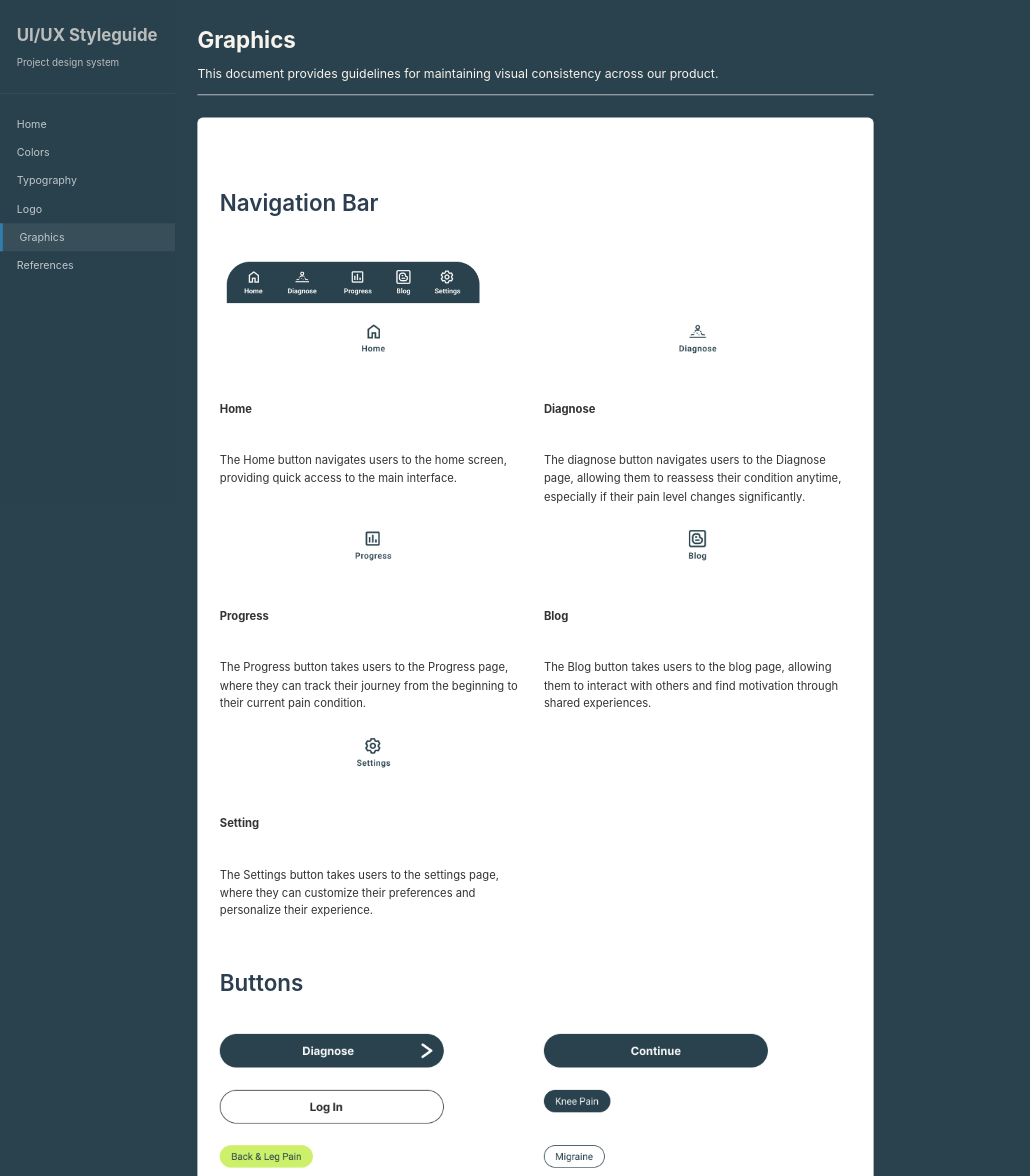
Repository: rosielee09/Heal_U
Page: graphics.html
The author's editor kept a copy of each file at every save. The page is drawn from the files as they stood at one save, then again after the next save.
The browser window is 1280 px wide. The page is 1472 px wide, so the pictures cover 1472 px, including what lies to the right of the window. The pictures show the part of the page from y = 0 to 1680 px (the page is 4893 px tall before and 4879 px after), at 70% of full size.

Above is the page before, as saved 2025-04-06 10:41:53.

### graphics.html
<!DOCTYPE html>
<html lang="en">
<head>
    <meta charset="UTF-8">
    <meta name="viewport" content="width=device-width, initial-scale=1.0">
    <link rel="stylesheet" href="styles.css">
    <title>Heal_U Styleguide</title>
</head>
<body>
    <div class="container">
        <!-- Sidebar Navigation -->
        <div class="sidebar">
            <div class="sidebar-header">
                <h1>UI/UX Styleguide</h1>
                <p>Project design system</p>
            </div>
            <ul class="nav">
                <li ><a href="index.html">Home</a></li>
                <li><a href="colors.html">Colors</a></li>
                <li><a href="typography.html">Typography</a></li>
                <li><a href="logo.html">Logo</a></li>
                <li class="active"><a href="graphics.html">Graphics</a></li>
                <li><a href="references.html">References</a></li>
            </ul>
        </div>

        <!-- Main Content - Home Page -->

        <div class="content">
            <header class="page-header">
                <h2>Graphics</h2>
                <p>This document provides guidelines for maintaining visual consistency across our product.</p>
            </header>


           <!-- SECTION 1: menu bar -->
           <div class="component">
            <div class="component-header">

                <section class="component-section">
                    <h3 class="component-title">Navigation Bar</h3>
                                            <!-- navbar -->
                                            <div class="graphic-item">
                                                <img class="graphic-menu__icon" src="/img/graphic-menu/navbar.png" alt="navbar" width="40%">
                                            </div>


                    <div class="graphic-grid">
                        <!-- home -->
                        <div class="graphic-item">
                            <img class="graphic-menu__icon" src="/img/graphic-menu/home.png" alt="home">
                            <div class="graphic-info">
                                <h4 class="graphic-title">Home</h4>
                                <p>The Home button navigates users to the home screen, providing quick access to the main interface.</p>
                            </div>
                        </div>
                        <!-- diagnose -->
                        <div class="graphic-item">
                            <img class="graphic-menu__icon" src="/img/graphic-menu/diagnose.png" alt="diagnose">
                            <div class="graphic-info">
                                <h4 class="graphic-title">Diagnose </h4>
                                <div>The diagnose button navigates users to the Diagnose page, allowing them to reassess their condition anytime, especially if their pain level changes significantly.</div>
                            </div>
                        </div>
                        <!-- Progress -->
                        <div class="graphic-item">
                            <img class="graphic-menu__icon" src="/img/graphic-menu/progress.png" alt="Progress">
                            <div class="graphic-info">
                                <h4 class="graphic-title">Progress </h4>
                                <div>
                                    The Progress button takes users to the Progress page, where they can track their journey from the beginning to their current pain condition.</div>
                            </div>
                        </div>

                        <!-- blog -->
                        <div class="graphic-item">
                            <img class="graphic-menu__icon" src="/img/graphic-menu/blog.png" alt="blog">
                            <div class="graphic-info">
                                <h4 class="graphic-title">Blog </h4>
                                <div>The Blog button takes users to the blog page, allowing them to interact with others and find motivation through shared experiences.</div>
                        </div>
                        </div>

                        <!-- Setting -->
                        <div class="graphic-item">
                            <img class="graphic-menu__icon" src="/img/graphic-menu/setting.png" alt="Setting">
                            <div class="graphic-info">
                                <h4 class="graphic-title">Setting </h4>
                                <div>The Settings button takes users to the settings page, where they can customize their preferences and personalize their experience.</div>

                    </div>
                </div>
            </div>

<!-- button section -->
                <section class="component-section">
                    <h3 class="component-title">Buttons </h3>

                    <div class="graphic-grid">
                          <!-- fill button -->
                        <div class="graphic-item">
                            <img class="graphic-button__icon" src="/img/Appovation - buttons/Button-fill-withIcon.png" alt="fill-icon">
                        </div>
                        <div class="graphic-item">
                            <img class="graphic-button__icon" src="/img/Appovation - buttons/Button-fill.jpg" alt="fill">
                        </div>
                        <div class="graphic-item">
                            <img class="graphic-button__icon" src="/img/Appovation - buttons/Button-outline.jpg" alt="outline">
                        </div>
                        <div class="graphic-item">
                            <img class="graphic-button__icon" src="/img/Appovation - buttons/chips-fill.png" alt="chips">
                        </div>
                        <div class="graphic-item">
                            <img class="graphic-button__icon" src="/img/Appovation - buttons/chips-highlighted.png" alt="chips-highlighted">
                        </div>
                        <div class="graphic-item">
                            <img class="graphic-button__icon" src="/img/Appovation - buttons/chips-outlined.png" alt="chips-outlined">
                        </div>
                    </div>
                </section>

            <section class="component-section">
                <h3 class="component-title">Icons </h3>
                <h4 class="graphic-title">User Setting</h4>
                <div class="graphic-item">
                    <img class="graphic-icons" src="/img/Appovation - icons/user setting icon.png" alt="pain_type_icon">
                </div>

                <h4 class="graphic-title">Type of Pain</h4>
                <div class="graphic-grid__icons">

                    <div class="graphic-item">
                        <img class="graphic-icons" src="/img/Appovation - icons/Icon-stabbing.png" alt="pain_type_icon">
                    </div>
                    <div class="graphic-item">
                        <img class="graphic-icons" src="/img/Appovation - icons/Icon-tingling.png" alt="pain_type_icon">
                    </div>
                    <div class="graphic-item">
                        <img class="graphic-icons" src="/img/Appovation - icons/Icon_Burning.png" alt="pain_type_icon">
                    </div>
                    <div class="graphic-item">
                        <img class="graphic-icons" src="/img/Appovation - icons/Icon_Cramps.png" alt="pain_type_icon">
                    </div>
                    <div class="graphic-item">
                        <img class="graphic-icons" src="/img/Appovation - icons/Icon_dull ache.png" alt="pain_type_icon">
                    </div>
                    <div class="graphic-item">
                        <img class="graphic-icons" src="/img/Appovation - icons/Icon_freezing.png" alt="pain_type_icon">
                    </div>
                    <div class="graphic-item">
                        <img class="graphic-icons" src="/img/Appovation - icons/Icon_Migrane.png" alt="pain_type_icon">
                    </div>
                    <div class="graphic-item">
                        <img class="graphic-icons" src="/img/Appovation - icons/Icon_neuralgia.png" alt="pain_type_icon">
                    </div>
                    <div class="graphic-item">
                        <img class="graphic-icons" src="/img/Appovation - icons/Icon_numbness.png" alt="pain_type_icon">
                    </div>
                    <div class="graphic-item">
                        <img class="graphic-icons" src="/img/Appovation - icons/Icon_thobbing.png" alt="pain_type_icon">
                    </div>

                </div>


                <h4 class="graphic-title">Pain Scale</h4>
                <div class="graphic-grid">

                    <div class="graphic-item">
                        <img class="graphic-icons" src="/img/Appovation - icons/Pain_difference-slider-green.png" alt="pain_scale_icon">
                    </div>
                    <div class="graphic-item">
                        <img class="graphic-icons" src="/img/Appovation - icons/Pain_difference-slider-mild.png" alt="pain_scale_icon">
                    </div>
                    <div class="graphic-item">
                        <img class="graphic-icons" src="/img/Appovation - icons/Pain_difference-slider-middle.png" alt="pain_scale_icon">
                    </div>
                    <div class="graphic-item">
                        <img class="graphic-icons" src="/img/Appovation - icons/Pain_difference-slider-less-severe.png" alt="pain_scale_icon">
                    </div>
                    <div class="graphic-item">
                        <img class="graphic-icons" src="/img/Appovation - icons/Pain_difference-slider-severe.png" alt="pain_scale_icon">
                    </div>
                </div>
                <div class="graphic-item-grid1">
                    <img class="graphic-icons" src="/img/Appovation - icons/progress pain scale.png" alt="pain_scale_icon">
                </div>

        </section>

        <section class="component-section">
            <h3 class="component-title">Illustrations</h3>

            <div class="graphic-grid-illustrations">
                  <!-- fill button -->
                <div class="graphic-item-illustrations">
                    <img class="graphic-illustrations" src="/img/Appovation - illustration set/5214865 1.png" >
                </div>
                <div class="graphic-item-illustrations">
                    <img class="graphic-illustrations" src="/img/Appovation - illustration set/AdobeStock_593962329 1.png">
                </div>
                <div class="graphic-item-illustrations">
                    <img class="graphic-illustrations" src="/img/Appovation - illustration set/exercise 2.png" >
                </div>
                <div class="graphic-item-illustrations">
                    <img class="graphic-illustrations" src="/img/Appovation - illustration set/Group 103.png" >
                </div>
                <div class="graphic-item-illustrations">
                    <img class="graphic-illustrations" src="/img/Appovation - illustration set/Group 84.png" >
                </div>
                <div class="graphic-item-illustrations">
                    <img class="graphic-illustrations" src="/img/Appovation - illustration set/Group 98.png" >
                </div>
            </div>
        </section>

        <section class="component-section">
            <h3 class="component-title">Images for Contents</h3>

            <div class="graphic-grid-images">
                <div class="graphic-item">
                    <img class="graphic-icons" src="/img/Appovation - images for contents/unsplash_GbomLmruCM8.png " alt="pain_type_icon">
                </div>
                <div class="graphic-item">
                    <img class="graphic-icons" src="/img/Appovation - images for contents/unsplash_gJtDg6WfMlQ.png" alt="pain_type_icon">
                </div>
                <div class="graphic-item">
                    <img class="graphic-icons" src="/img/Appovation - images for contents/unsplash_kFCdfLbu6zA.png" alt="pain_type_icon">
                </div>
                <div class="graphic-item">
                    <img height="200px" class="graphic-icons" src="/img/Appovation - images for contents/unsplash_PJ8C7JCqK0o-1.png" alt="pain_type_icon">
                </div>
                <div class="graphic-item">
                    <img height="200px" class="graphic-icons" src="/img/Appovation - images for contents/unsplash_PJ8C7JCqK0o.png" alt="pain_type_icon">
                </div>
        </section>

        <section class="component-section">
            <h3 class="component-title">Screens</h3>

            <div class="graphic-grid-images">
                <div class="graphic-item">
                    <img class="graphic-icons" src="/img/Appovation - screens/screen-dailypopup.png " alt="pain_type_icon">
                </div>
                <div class="graphic-item">
                    <img class="graphic-icons" src="/img/Appovation - screens/screen-survey.png" alt="pain_type_icon">
                </div>
                <div class="graphic-item">
                    <img class="graphic-icons" src="/img/Appovation - screens/screen-watchingtutorial.png" alt="pain_type_icon">
                </div>

        </section>


</body>
<script src="script.js"></script>
</html>

### styles.css
* {
    margin: 0;
    padding: 0;
    box-sizing: border-box;
}

body {
    font-family: 'Inter', -apple-system, BlinkMacSystemFont, 'Segoe UI', Roboto, Oxygen, Ubuntu, Cantarell, sans-serif;
    line-height: 1.6;
    color: #333;
    background: #29424D;

    margin: 0;
    padding: 0;
    width: 100vw;
    height: 100vh;


}

/* Layout */
.container {
    display: flex;
    min-height: 100vh;
}

/* Sidebar Navigation */
.sidebar {
    width: 250px;
    background-color: #29424D;
    color: #F8F3EC;
    padding: 2rem 0;
    position: fixed;
    height: 100vh;
    overflow-y: hidden;
    opacity: 0.7;
}


.sidebar-header {
    padding: 0 1.5rem 2rem;
    border-bottom: 1px solid rgba(255, 255, 255, 0.1);
}

.sidebar-header h1 {
    font-size: 1.5rem;
    font-weight: 700;
    margin-bottom: 0.5rem;
}

.sidebar-header p {
    font-size: 0.875rem;
    opacity: 1;
}

.nav {
    list-style: none;
    padding: 1.5rem 0;
}

.nav li {
    padding: 0.5rem 1.5rem;
}

.nav li.active {
    background-color: rgba(255, 255, 255, 0.1);
    border-left: 4px solid #3498db;
}

.nav a {
    color: #fff;
    text-decoration: none;
    display: block;
    font-size: 0.95rem;
    transition: all 0.2s;
}

.nav a:hover {
    opacity: 1;
}

/* Logo in Navbar */
/* Logo styling */
.logo {
    display: flex;
    align-items: left;
    gap: 10px;  /* Space between logo image and text */
    /* padding: 0 1.5rem;  Match your sidebar padding */
}


.logo p {
    color: #F8F3EC;  /* Match your sidebar text color */
    font-weight: 700;
    font-size: 2.3rem;
    margin: 0;  /* Remove default paragraph margin */
    margin-bottom: 0.5rem;
}

/* Home page animation */
.body-homepage{
    overflow: hidden;
    position: relative;
    display: flex;
    align-items: center;
}
.animation--title {
    text-align: right;
    display: flex;
    flex-direction: column;
    justify-content: flex-end;
    margin-left: 45rem; /* Push to the right side */
    margin-right: 5%; /* Keep some space from the edge */
    width: 50%;
  }

  .animation--title-head {

    color: #F8F3EC;
    font-size: 8rem;
    line-height: 1.2;
    font-weight: bold;
    letter-spacing: 2px;
    font-family: 'Roboto', sans-serif;
    text-transform: uppercase;

  }

  .animation--title-subhead {
    color: #F8F3EC;
    font-size: 1.7rem;
    line-height: 1.5;
    font-family: 'Roboto', sans-serif;
    font-style: italic;
    margin-top: 2rem;
    margin-bottom: 2rem;
  }

  .animation--title-member {
    color: #F8F3EC;
    font-size: 1.4rem;
    line-height: 1.4;
    font-family: 'Roboto', sans-serif;

  }



  .blob {
    position: absolute;
    top: 0;
    left: 0;
    fill: #CFC4F4;
    width: 50vmax;
    z-index: -1;
    animation: move 10s ease-in-out infinite;
    transform-origin: 50% 50%;
  }

  @keyframes move {
    0%   { transform: scale(1)   translate(10px, -30px); }
    38%  { transform: scale(0.8, 1) translate(80vw, 30vh) rotate(160deg); }
    40%  { transform: scale(0.8, 1) translate(80vw, 30vh) rotate(160deg); }
    78%  { transform: scale(1.3) translate(0vw, 50vh) rotate(-20deg); }
    80%  { transform: scale(1.3) translate(0vw, 50vh) rotate(-20deg); }
    100% { transform: scale(1)   translate(10px, -30px); }
  }




/* Main Content */
.content {
    flex: 1;
    padding: 2rem;
    margin-left: 250px;
    max-width: calc(100% - 250px);
}

.page-header {
    margin-bottom: 2rem;
    padding-bottom: 1rem;
    border-bottom: 1px solid #eee;
}

.page-header h2 {
    font-size: 2rem;
    font-weight: 700;
    color: #F8F3EC;
    margin-bottom: 0.5rem;
}

.page-header p {
    color: #F8F3EC;
    font-size: 1.1rem;
}

/* Components Common Styles */
.component {
    background-color: #fff;
    border-radius: 8px;
    box-shadow: 0 2px 10px rgba(0, 0, 0, 0.05);
    padding: 2rem;
    margin-bottom: 2rem;
}

.component-section{
    margin-top: 3rem;
}

.component-header {
    margin-top: 1.5rem;
    margin-bottom: 1.5rem;
}

.component-title {
    font-size: 2rem;
    font-weight: 600;
    margin-top: 4rem;
    margin-bottom: 3rem;
    color: #2c3e50;
}

.component-description {
    color: #7f8c8d;
}


    /* Color Styles */
.color-grid {
    display: grid;
    grid-template-columns: repeat(auto-fill, minmax(300px, 1fr));
    gap: 1.5rem;
}

.color-grid__onlycolor {
    display: grid;
    grid-template-columns: repeat(auto-fill, minmax(300px, 2fr));
    gap: 1.5rem;
    align-items: center;
}

.color-grid__Accessiblilliy {
    display: grid;
    grid-template-columns: repeat(auto-fit, minmax(clamp(300px, 50%, 400px), 1fr));
    gap: 1.5rem;
}

.color-item {
    border-radius: 6px;
    overflow: hidden;
    box-shadow: 0 2px 5px rgba(0, 0, 0, 0.1);
}

.color-preview {
    height: 120px;
}

.color-info {
    padding: 1rem;
    background-color: #fff;
}

.color-name {
    font-weight: 600;
    margin-bottom: 0.25rem;
}

.color-value {
    font-family: monospace;
    color: #7f8c8d;
    font-size: 0.85rem;
}

.color__primary--preview{
    background-color: #29424D;
}

.color__secondary--preview{
    background-color: #CFC4F4;
}

.color__tertiary--preview {
    background-color: #F8F3EC;
}

.color__accent--preview{
    background-color: #CDF06B;
}

.color__success--preview{
    background-color: #138636;
}

.color__error--preview{
    background-color: #C32D2D;
}

.color__warning--preview{
    background-color: #FFBD11;
}

.color__info--preview{
    background-color: #4976BA;
}

.color__background--preview{
    background-color: #fff;
}

.color__text--preview{
    background-color: #2E2E30;
}

.color-accessiblillity-img {
    width: 100%;
    height: 70%;
}

.color-example-img{
    align-items: center;
}


/* Graphics */
.graphic-grid {
    display: grid;
    grid-template-columns: repeat(auto-fill, minmax(300px, 2fr));
    gap: 1.5rem;

}

/* section__icons */
.graphic-grid__icons{
    display: grid;
    grid-template-columns: repeat(5, 1fr);
    gap: 1.5rem;
}

.graphic-item{
   justify-items: center;

}


.graphic-menu__icon{
    margin: 10px;
}
.graphic-title{
    margin-top: 3rem;
    margin-bottom: 3rem;
}

.graphic-item-grid1{
    margin-top: 3rem;
}


/* section illustrations */
.graphic-grid-illustrations,
.graphic-grid-images{
    display: grid;
    grid-template-columns: repeat(3, 1fr);
    gap: 1.5rem;
}
.graphic-item-illustrations,
.graphic-illustrations{
    max-width: 200px;
    max-height: 200px;
}
.graphic-icons{
    border-radius: 20px;
}

/* Typography */

/* Import Roboto font with multiple weights */
@import url('https://fonts.googleapis.com/css2?family=Roboto:wght@400;500;700&display=swap');

.component-title-typography{
    color: #F8F3EC;
}

/* Table styling */
table {
  width: 100%;
  border-collapse: collapse;
  font-family: 'Roboto', sans-serif;
  margin: 2rem 0;
}

th {
  background-color: #f8f9fa;
  color: #212529;
  padding: 12px 16px;
  text-align: left;
  font-weight: 500;
  border-bottom: 2px solid #dee2e6;

}

td {
  padding: 16px;
  border-bottom: 1px solid #e9ecef;
  vertical-align: top;
}

/* Remove default list styling */
td li {
  list-style: none;
  margin: 4px 0;
  padding-left: 0;
}



.content-image {
  margin: auto;
  display: block;
  padding: 1rem;
}

.center {
  text-align: center;
}



.typography-item {
    margin-bottom: 2rem;
}


.heading1 {
  font-family: 'Roboto', sans-serif;
  font-size: 40px;
  line-height: 48px;
  font-weight: 700;
  color: #212529;

}

.heading2 {
  font-family: 'Roboto', sans-serif;
  font-size: 32px;
  line-height: 40px;
  font-weight: 700;
  color: #212529;
}

.section-header {
  font-family: 'Roboto', sans-serif;
  font-size: 24px;
  line-height: 32px;
  font-weight: 700;
  color: #212529;
}

.sub-header {
  font-family: 'Roboto', sans-serif;
  font-size: 20px;
  line-height: 28px;
  font-weight: 700;
  color: #212529;
}

.body-bold {
  font-family: 'Roboto', sans-serif;
  font-size: 16px;
  line-height: 24px;
  font-weight: 700;
  color: #212529;
}


.body {
  font-family: 'Roboto', sans-serif;
  font-size: 16px;
  line-height: 24px;
  font-weight: 400;
  color: #212529;
}

.small {
  font-family: 'Roboto', sans-serif;
  font-size: 14px;
  line-height: 20px;
  font-weight: 400;
  color: #212529;
}

.small-italic {
  font-family: 'Roboto', sans-serif;
  font-style: italic;
  font-size: 14px;
  line-height: 20px;
  font-weight: 400;
  color: #212529;
}

.tiny-bold {
  font-family: 'Roboto', sans-serif;
  font-size: 12px;
  line-height: 18px;
  font-weight: 700;
  color: #212529;
}

.tiny {
  font-family: 'Roboto', sans-serif;
  font-size: 12px;
  line-height: 18px;
  font-weight: 400;
  color: #212529;
}

.mini {
  font-family: 'Roboto', sans-serif;
  font-size: 8px;
  line-height: 12px;
  font-weight: 400;
  color: #212529;
  letter-spacing: 0.5px;
}

/* Add zebra striping for better readability */
tbody tr:nth-child(odd) {
  background-color: #f8f9fa;
}

Loaded but not shown: script.js (no stored copy; drawn as an empty file)

After the next save:
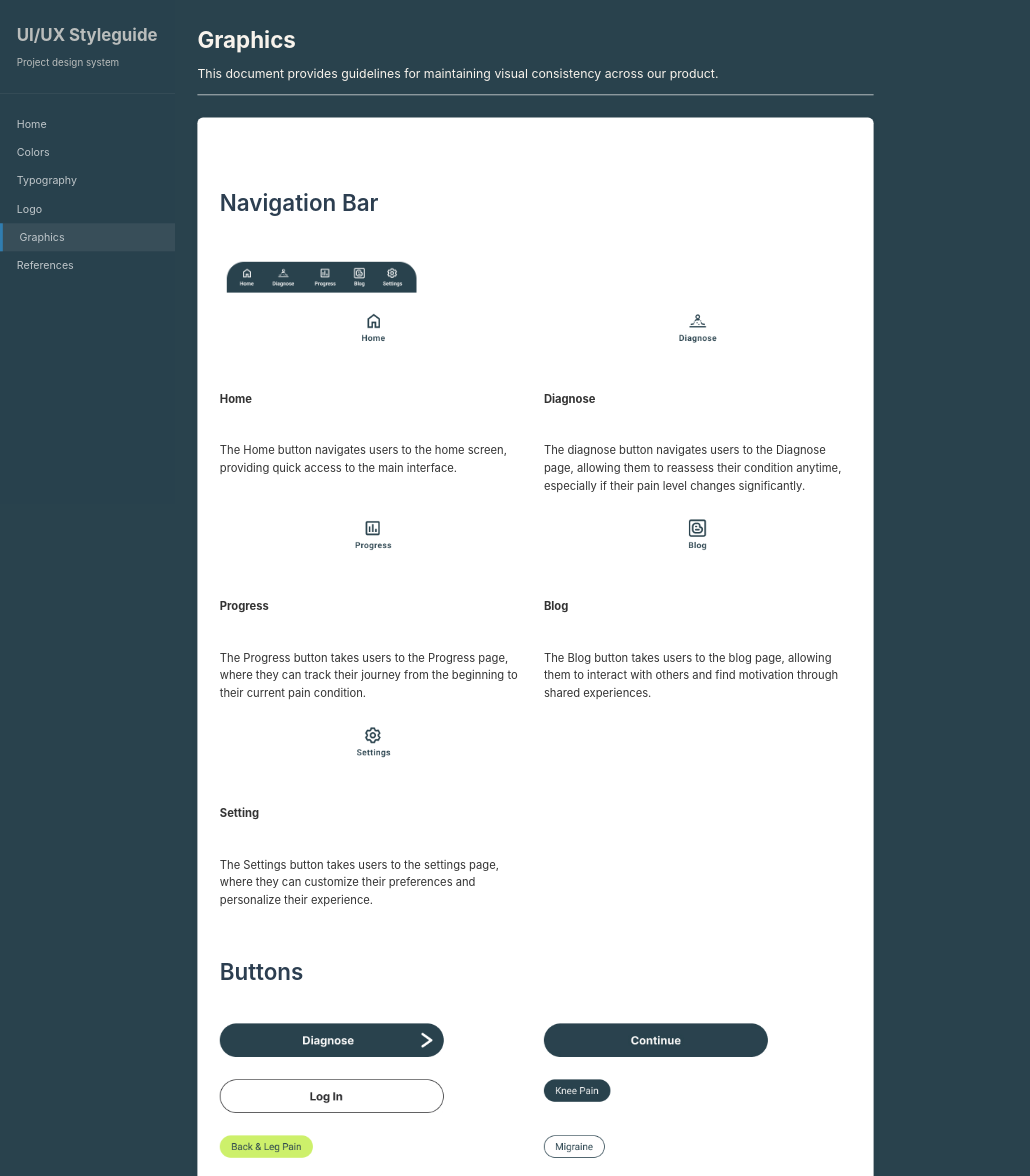
Saved 18 s later.
--- a/graphics.html
+++ b/graphics.html
@@ -41,7 +41,7 @@
                     <h3 class="component-title">Navigation Bar</h3>
                                             <!-- navbar -->
                                             <div class="graphic-item">
-                                                <img class="graphic-menu__icon" src="/img/graphic-menu/navbar.png" alt="navbar" width="40%">
+                                                <img class="graphic-menu__icon" src="/img/graphic-menu/navbar.png" alt="navbar" width="30%">
                                             </div>
 
 
